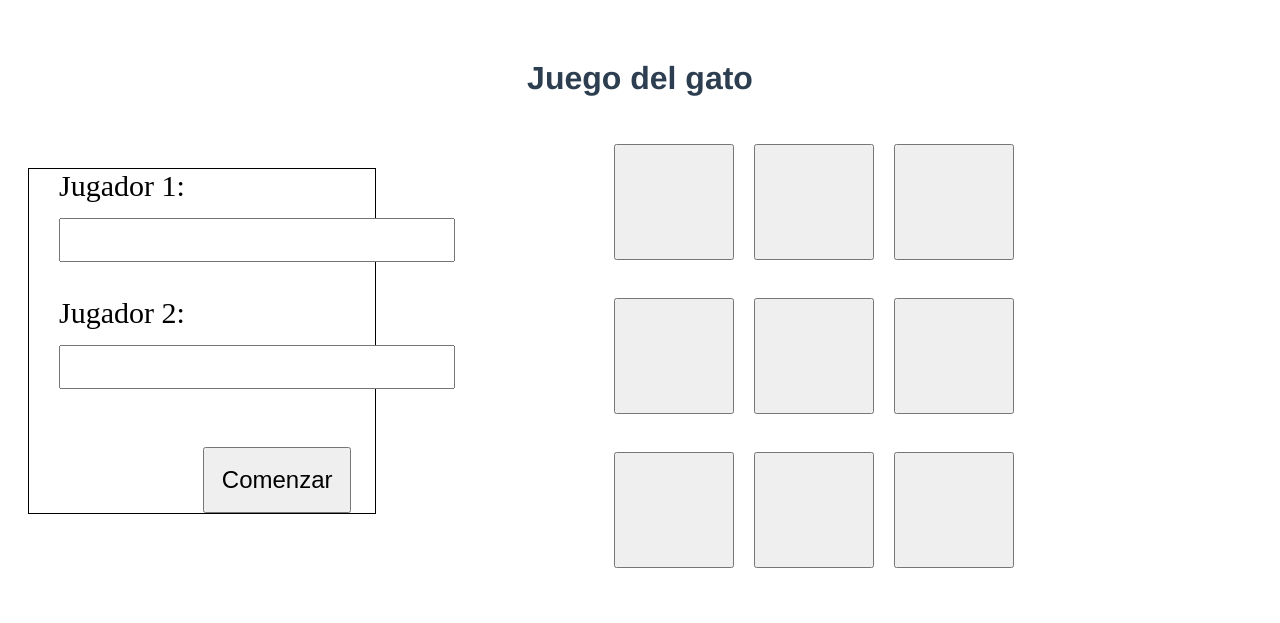
Repository: franciscamanquecheo/Taller-2
Page: / (app in vite-project/)
These files come from the project's save history. The page is drawn as it stood at one moment and after the next save; the edit follows.
The browser window is 1280 px wide. The pictures show the whole page.
The project was rebuilt for these pictures with package versions that can differ from the ones it lists, and the page was loaded fresh each time. Also part of the build but not shown: vite-project/vite.config.ts.

Above is the page before, as saved 2022-06-17 18:04:35.

### vite-project/src/App.vue
<script setup lang="ts">
// This starter template is using Vue 3 <script setup> SFCs
// Check out https://vuejs.org/api/sfc-script-setup.html#script-setup
import HelloWorld from './components/HelloWorld.vue'
</script>

<template>
 <h1>Juego del gato</h1>
<section>
 <article id="comandos">
  Jugador 1:

  <input type="text" id="jugador1"><br><br>
  Jugador 2:
  <input type="text" id="jugador 2"><br><br>
  <input type="button" id="comenzar" value="Comenzar">
  <label id="TurnoJugador"></label>
 </article>
  <article id="Tablero">
    <input type="button" id="casilla1">
    <input type="button" id="casilla2">
    <input type="button" id="casilla3"><br><br>

    <input type="button" id="casilla4">
    <input type="button" id="casilla5">
    <input type="button" id="casilla6"><br><br>

    <input type="button" id="casilla7">
    <input type="button" id="casilla8">
    <input type="button" id="casilla9">



  </article>











</section>
</template>

<style>
h1 {
  font-family: Avenir, Helvetica, Arial, sans-serif;
  -webkit-font-smoothing: antialiased;
  -moz-osx-font-smoothing: grayscale;
  text-align: center;
  color: #2c3e50;
  margin-top: 60px;
}
article#comandos{
  margin-top: 50px;

  display: inline-block;
  text-align: left;
  border: 1px solid black;
  margin-left: 20px;
font-size: 30px;
vertical-align: top;
min-height: 300px;
width: 25%;
padding-left: 1em;
}
article#Tablero{

  display: inline-block;
  margin: 1em;
  width: 50%;
   text-align: right;
}
article#Tablero input{

  font-size: 6em;
  height: 100 px;
  width: 120px;
  margin: 10px;

}
input[type="text"]{
  margin-top: 15px;
  font-size: 1em;
  margin: 0.2 em;
  padding: 0.1em;
}
input[type="button"]#comenzar{
  font-size: 0.8em;
  margin-top: 1em;
  padding: 0.7em;
  margin-left: 6em;

}



section{
  display: inline-block;
  margin: 0 auto;

  width: 100%;
}
template{
  background-color: #2c3e50;
}
</style>

Loaded but not shown: vite-project/index.html (common file); vite-project/src/main.ts (common file)

After the next save:
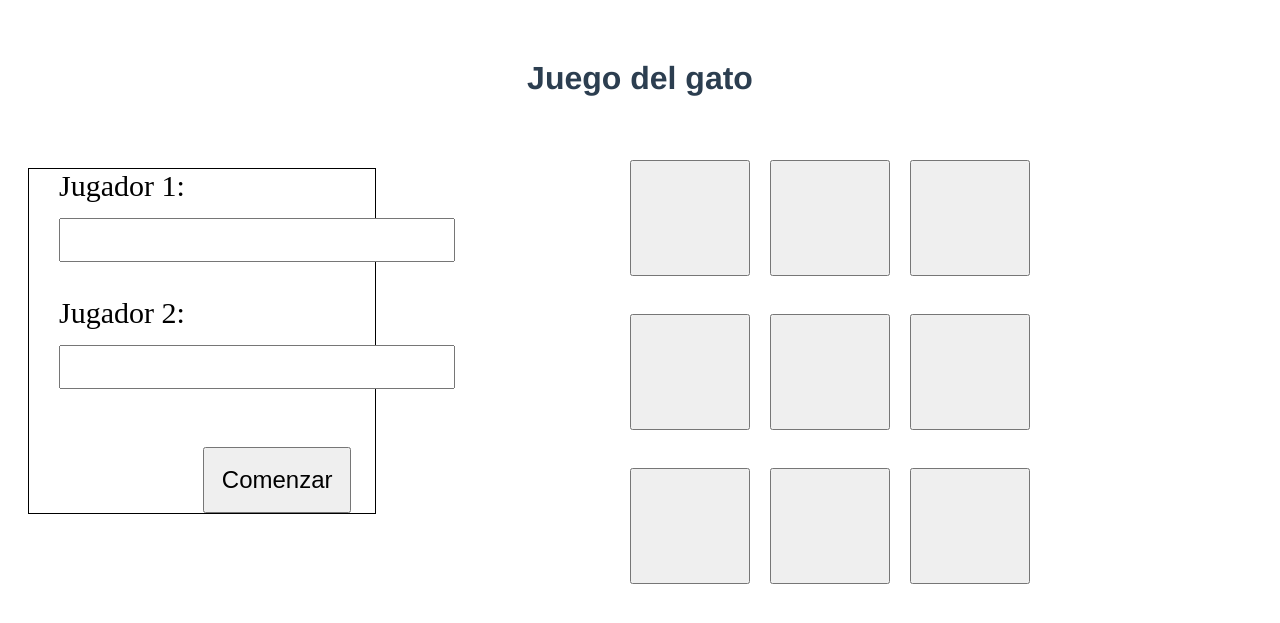
Saved 17 s later.
--- a/vite-project/src/App.vue
+++ b/vite-project/src/App.vue
@@ -71,7 +71,7 @@ padding-left: 1em;
 article#Tablero{
 
   display: inline-block;
-  margin: 1em;
+  margin: 2em;
   width: 50%;
    text-align: right;
 }
